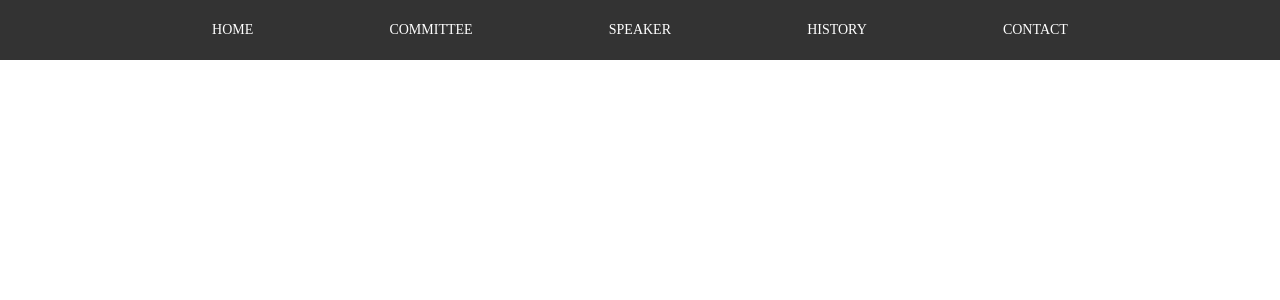
Repository: sunfeinb/huiyi
Page: /
An editor plug-in stored every save of this project. The page is shown before and after the next save, followed by the edit.
The browser window is 1280 px wide. The pictures show the whole page.
The project was rebuilt for these pictures with package versions that can differ from the ones it lists, and the page was loaded fresh each time.

Above is the page before, as saved 2021-11-02 16:17:22.

### src/App.vue
<template>
  <div id="app">
    <router-view/>
  </div>
</template>

<style lang="scss">
*{
  margin: 0px;
  padding: 0px;
}
</style>

### src/router/index.js
import Vue from 'vue'
import VueRouter from 'vue-router'
import Home from '../views/Home.vue'

Vue.use(VueRouter)

const routes = [
  {
    path: '/',
    name: 'Home',
    component: Home,
    meta: { title: '首页' }
  },

  {
    path: '/About',
    name: 'About',
    component: () => import("../views/About"),
    meta: { title: "关于" }
  }
]

const router = new VueRouter({
  mode: 'history',
  base: process.env.BASE_URL,
  routes
})
router.beforeEach((to, form,next, ) => {
    document.title = to.meta.title
  next()
})
export default router

### src/views/Home.vue
<template>
  <div>
    <el-container>
  <el-header style="  background-color: #333;">
    <div class="box">
      <div>

      </div>
 <div class="box1">
        <div class="homeing">
        HOME
      </div>
      <div class="commit">
        COMMITTEE
      </div>
      <div class="Speaker">
        SPEAKER
      </div>
      <div class="hist">
        HISTORY
      </div>
      <div class="conta">
        CONTACT
      </div>
 </div>

    </div>
  </el-header>
  <el-main>
    <!-- 轮播图 -->

  </el-main>
</el-container>
  </div>
</template>

<script>
export default {
  props:{},
  data () {
    return {
      name:''
    }
  },
  components: {},
  methods: {},
  mounted() {},
  computed: {},
  watch: {}
}
</script>

<style lang='scss' scoped>
.box{
  display: flex;
  justify-content: center;
  align-items: center;
  height: 100%;
  font-size: 14px;
  color: white;
}
.box1{
  cursor: pointer;
  justify-content: space-around;
width: 80%;
display: flex;
}
</style>

Loaded but not shown: public/index.html (common file); src/main.js (common file); src/store/index.js (common file)

After the next save:
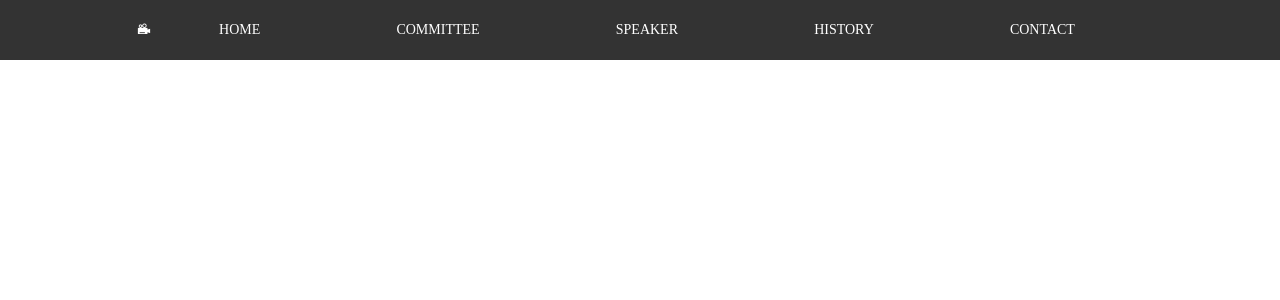
Saved 52 s later.
--- a/src/views/Home.vue
+++ b/src/views/Home.vue
@@ -4,7 +4,7 @@
   <el-header style="  background-color: #333;">
     <div class="box">
       <div>
-
+        <i class="el-icon-video-camera-solid"></i>
       </div>
  <div class="box1">
         <div class="homeing">
